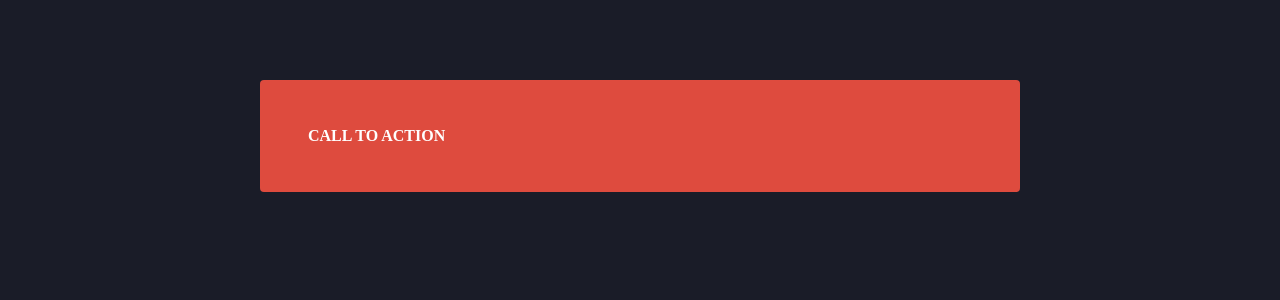
Repository: fdhhhdjd/React-Witth-Framer-Motion
Page: /
These files come from the project's save history. The page is drawn as it stood at one moment and after the next save; the edit follows.
The browser window is 1280 px wide. The pictures show the whole page.
The project was rebuilt for these pictures with package versions that can differ from the ones it lists, and the page was loaded fresh each time. Also part of the build but not shown: src/App.css, src/Component/ChooseImg/ChooseImg.js.

Above is the page before, as saved 2021-10-11 20:23:29.

### src/App.js
import logo from "./logo.svg";
import "./App.css";
import { Switch, BrowserRouter, Route } from "react-router-dom";
import { Dropdown, ChooseImg } from "./Import/Index";
function App() {
  return (
    <BrowserRouter>
      <Dropdown />
      <Switch>{/* <Route exact path="/" component={ChooseImg} /> */}</Switch>
    </BrowserRouter>
  );
}

export default App;

### src/Import/Index.js
export { default as Dropdown } from "../Page/Dropdown/Dropdown";
export { default as ChooseImg } from "../Component/ChooseImg/ChooseImg";

### src/Page/Dropdown/Dropdown.js
import React, { useState } from "react";
import "./Dropdown.css";
import "./reset.css";
const Dropdown = () => {
  const [select, setSelect] = useState("Choose Item 😉 ");
  return (
    <div class="dropdown">
      <div class="dropdown__select">
        <span class="dropdown__selected">Call to action</span>
        <i class="fa fa-caret-down dropdown__caret"></i>
      </div>
      <ul class="dropdown__list">
        <li class="dropdown__item">
          <span class="dropdown__text">New project</span>
          <i class="fa fa-plus-circle dropdown__icon"></i>
        </li>
        <li class="dropdown__item">
          <span class="dropdown__text">View profile</span>
          <i class="fa fa-user dropdown__icon"></i>
        </li>
        <li class="dropdown__item">
          <span class="dropdown__text">Settings</span>
          <i class="fa fa-cog dropdown__icon"></i>
        </li>
        <li class="dropdown__item">
          <span class="dropdown__text">Logout</span>
          <i class="fa fa-circle dropdown__icon"></i>
        </li>
      </ul>
    </div>
  );
};

export default Dropdown;

### src/Page/Dropdown/Dropdown.css
html {
    font-size: 62.5%;
    font-family: "Poppins", sans-serif;
    background-color: #1a1c28;
  }
  * {
    box-sizing: border-box;
  }
  :root {
    --primary: #de4b3e;
    --secondary: #c74237;
  }
  .dropdown {
    width: 100%;
    max-width: 47.5rem;
    margin: 5rem auto;
    position: relative;
    color: white;
    text-transform: uppercase;
    font-size: 1rem;
    font-weight: bold;
    border-radius: 4px;
  }
  .dropdown__select {
    border-radius: inherit;
  }
  .dropdown__list {
    margin-top: 2.5rem;
    position: absolute;
    top: 100%;
    left: 0;
    right: 0;
    display: none;
  }
  .dropdown__list:before {
    content: "";
    height: 2.5rem;
    position: absolute;
    left: 0;
    right: 0;
    background-color: transparent;
    transform: translateY(-100%);
  }
  .dropdown:hover .dropdown__list {
    display: block;
  }
  .dropdown__select,
  .dropdown__item {
    width: 100%;
    padding: 3rem;
    background-color: var(--primary);
    display: flex;
    align-items: center;
    justify-content: space-between;
    cursor: pointer;
  }
  .dropdown__item {
    transition: background-color 0.2s linear;
  }
  .dropdown__item:first-child {
    border-radius: 4px 4px 0 0;
    position: relative;
  }
  .dropdown__item:first-child:before {
    content: "";
    position: absolute;
    top: 0;
    left: 3rem;
    border-left: 10px solid transparent;
    border-right: 10px solid transparent;
    border-bottom: 10px solid var(--primary);
    transform: translateY(-100%);
    transition: border-color 0.2s linear;
  }
  .dropdown__item:first-child:hover:before {
    border-bottom-color: var(--secondary);
  }
  .dropdown__item:last-child {
    border-radius: 0 0 4px 4px;
  }
  .dropdown__item:hover {
    background-color: var(--secondary);
  }

### src/Page/Dropdown/reset.css

html,
body,
div,
span,
applet,
object,
iframe,
h1,
h2,
h3,
h4,
h5,
h6,
p,
blockquote,
pre,
a,
abbr,
acronym,
address,
big,
cite,
code,
del,
dfn,
em,
img,
ins,
kbd,
q,
s,
samp,
small,
strike,
strong,
sub,
sup,
tt,
var,
b,
u,
i,
center,
dl,
dt,
dd,
ol,
ul,
li,
fieldset,
form,
label,
legend,
table,
caption,
tbody,
tfoot,
thead,
tr,
th,
td,
article,
aside,
canvas,
details,
embed,
figure,
figcaption,
footer,
header,
hgroup,
menu,
nav,
output,
ruby,
section,
summary,
time,
mark,
audio,
video {
  margin: 0;
  padding: 0;
  border: 0;
  font-size: 100%;
  font: inherit;
  vertical-align: baseline;
}
/* HTML5 display-role reset for older browsers */
article,
aside,
details,
figcaption,
figure,
footer,
header,
hgroup,
menu,
nav,
section {
  display: block;
}
body {
  line-height: 1;
}
ol,
ul {
  list-style: none;
}
blockquote,
q {
  quotes: none;
}
blockquote:before,
blockquote:after,
q:before,
q:after {
  content: "";
  content: none;
}
table {
  border-collapse: collapse;
  border-spacing: 0;
}

Loaded but not shown: public/index.html (common file); src/index.js (common file); src/index.css (common file); src/reportWebVitals.js (common file)

After the next save:
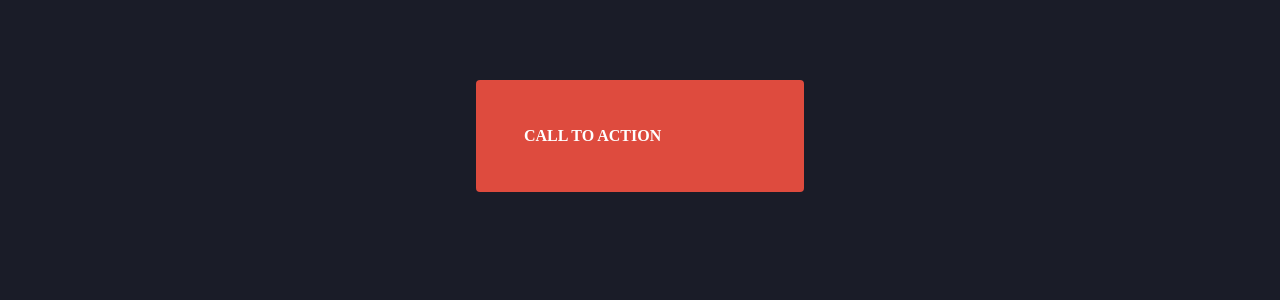
Saved 7 s later.
--- a/src/Page/Dropdown/Dropdown.css
+++ b/src/Page/Dropdown/Dropdown.css
@@ -12,7 +12,7 @@ html {
   }
   .dropdown {
     width: 100%;
-    max-width: 47.5rem;
+    max-width: 20.5rem;
     margin: 5rem auto;
     position: relative;
     color: white;
